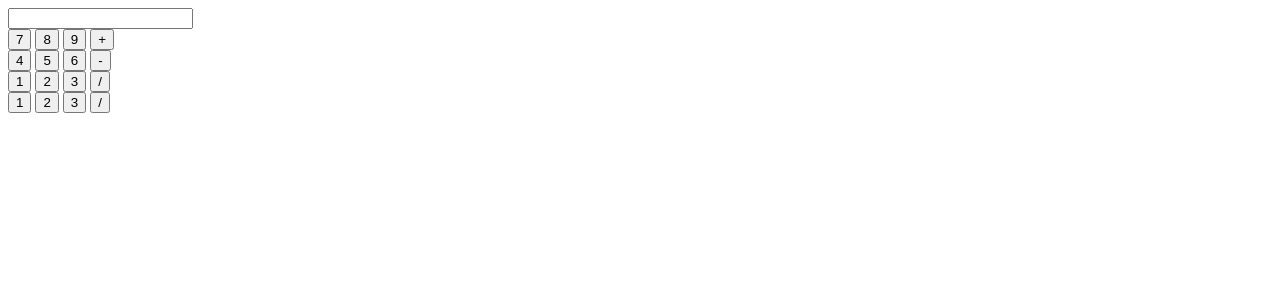
Repository: jun01270/calculator
Page: caculator.html
These files come from the project's save history. The page is drawn as it stood at one moment and after the next save; the edit follows.
The browser window is 1280 px wide. The pictures show the whole page.

Above is the page before, as saved 2023-07-31 17:52:18.

### caculator.html
<!DOCTYPE html>
<html lang="en">
  <head>
    <meta charset="UTF-8" />
    <meta name="viewport" content="width=device-width, initial-scale=1.0" />
    <title>Document</title>
  </head>
  <body>
    <div><input type="text" /></div>
    <div class="row">
      <button>7</button>
      <button>8</button>
      <button>9</button>
      <button>+</button>
    </div>
    <div class="row">
      <button>4</button>
      <button>5</button>
      <button>6</button>
      <button>-</button>
    </div>
    <div class="row">
      <button>1</button>
      <button>2</button>
      <button>3</button>
      <button>/</button>
    </div>
    <div class="row">
      <button>1</button>
      <button>2</button>
      <button>3</button>
      <button>/</button>
    </div>
  </body>
</html>

After the next save:
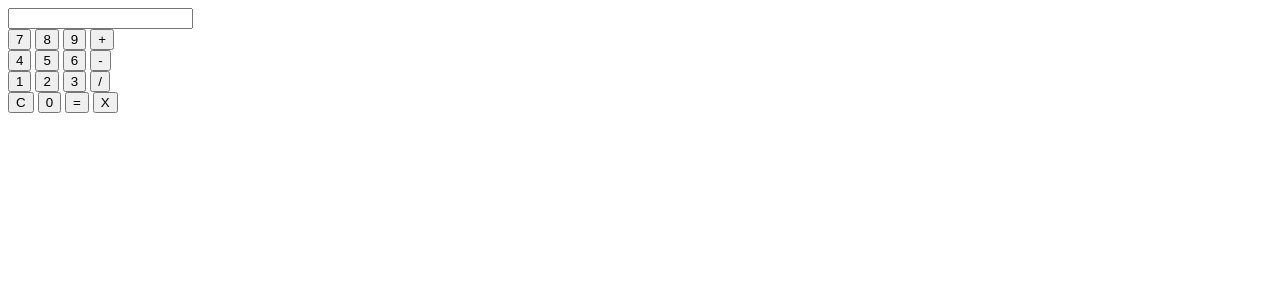
Saved 11 s later.
--- a/caculator.html
+++ b/caculator.html
@@ -26,10 +26,10 @@
       <button>/</button>
     </div>
     <div class="row">
-      <button>1</button>
-      <button>2</button>
-      <button>3</button>
-      <button>/</button>
+      <button>C</button>
+      <button>0</button>
+      <button>=</button>
+      <button>X</button>
     </div>
   </body>
 </html>
